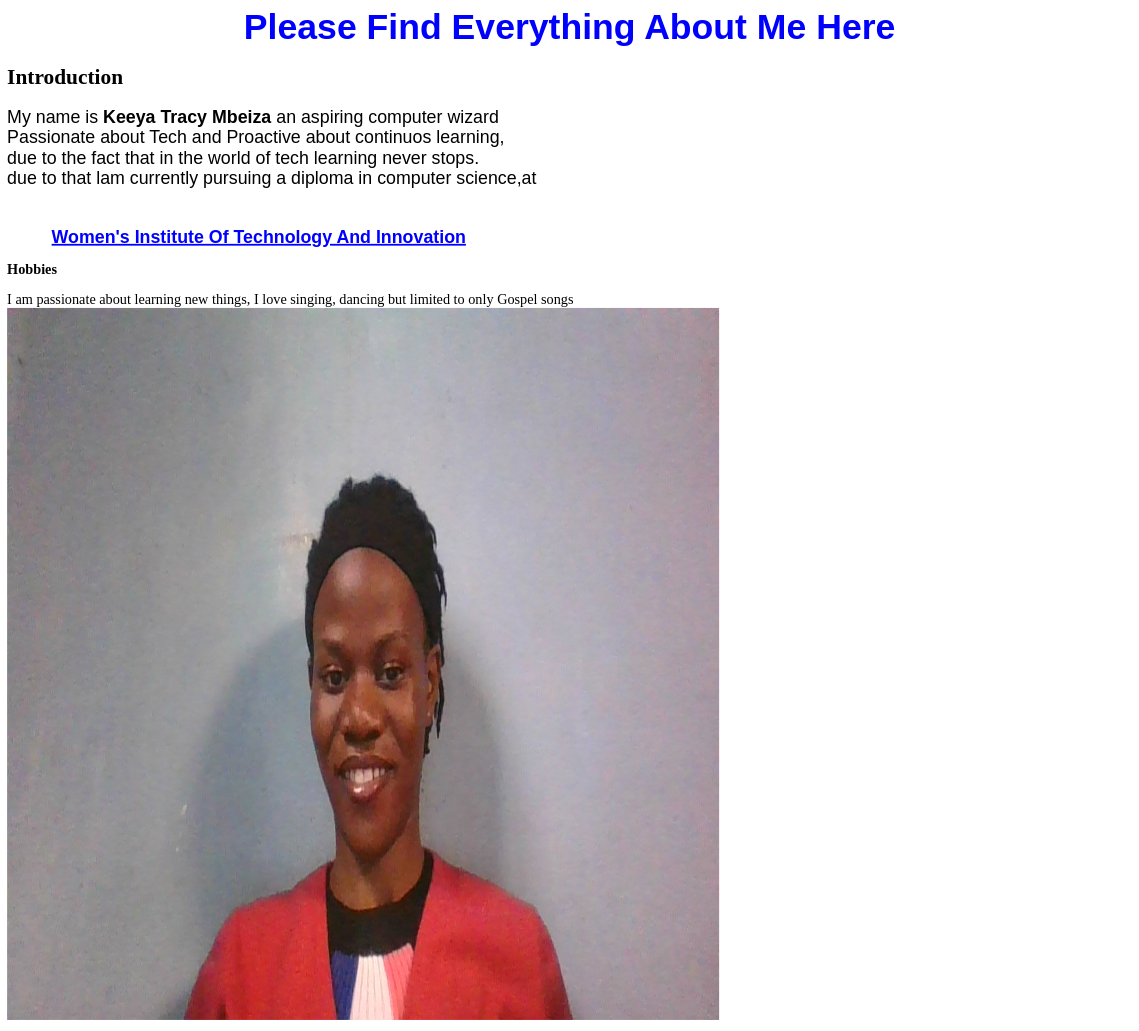
Repository: tracykeeya/my_first_web
Page: index.html
These files come from the project's save history. The page is drawn as it stood at one moment and after the next save; the edit follows.
The browser window is 1280 px wide. The pictures show the whole page, at 89% of full size.

Above is the page before, as saved 2025-11-03 11:00:19.

After the next save:
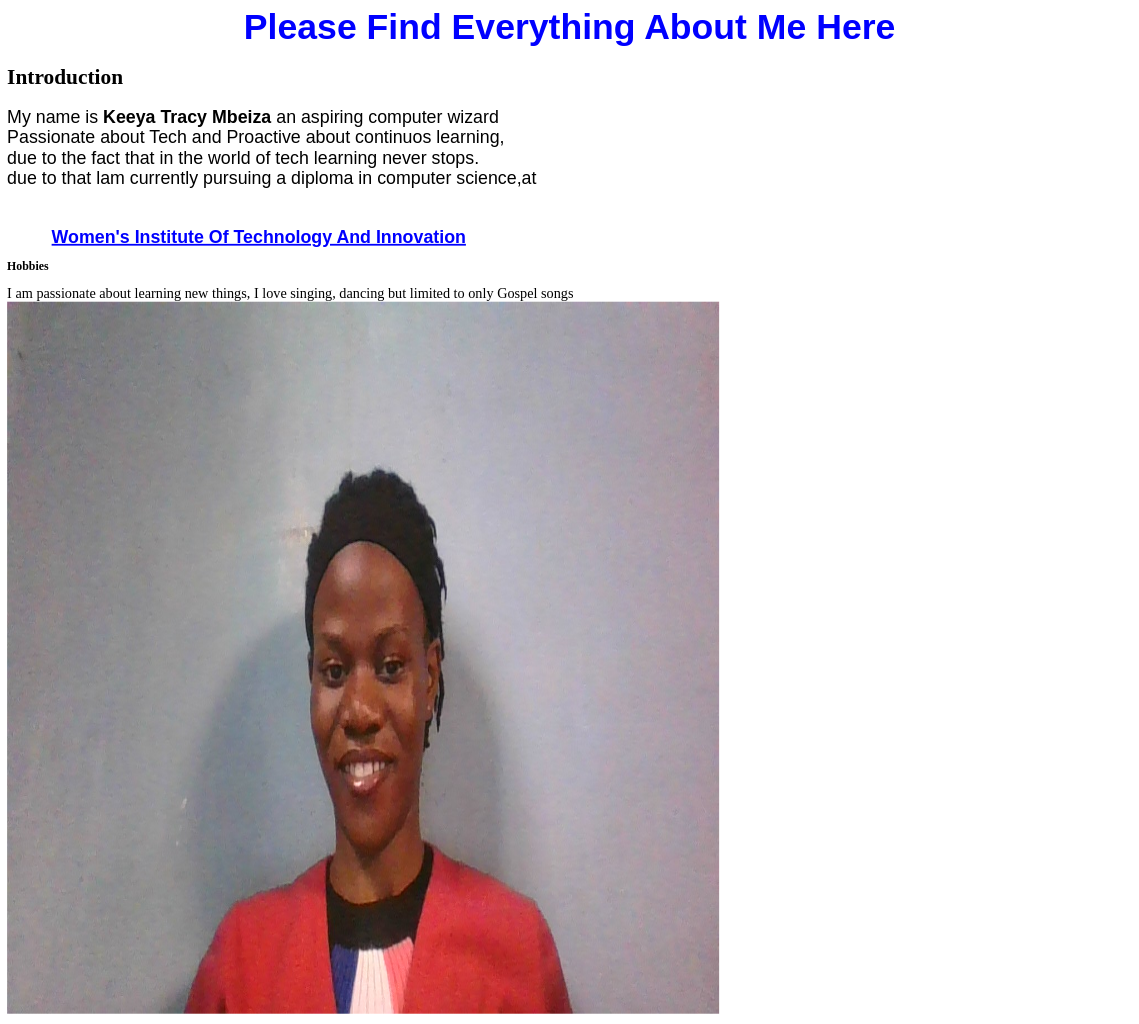
Saved 7 s later.
--- a/index.html
+++ b/index.html
@@ -13,7 +13,7 @@
         </br></p>
     <a href="https://www.witi.ac.ug/" style="position: relative; left: 50px; color: rgb(0, 0, 255); font-size: 20px; font-family: Arial, Helvetica, sans-serif"><b> Women's Institute Of Technology And Innovation</b></a>
 
-    <p style="font-size: ;"><b>Hobbies</b></p>
+    <p style="font-size: smaller;"><b>Hobbies</b></p>
     I am passionate about learning new things,
     I love singing, dancing but limited to only Gospel songs
 

After the 2 saves that followed:
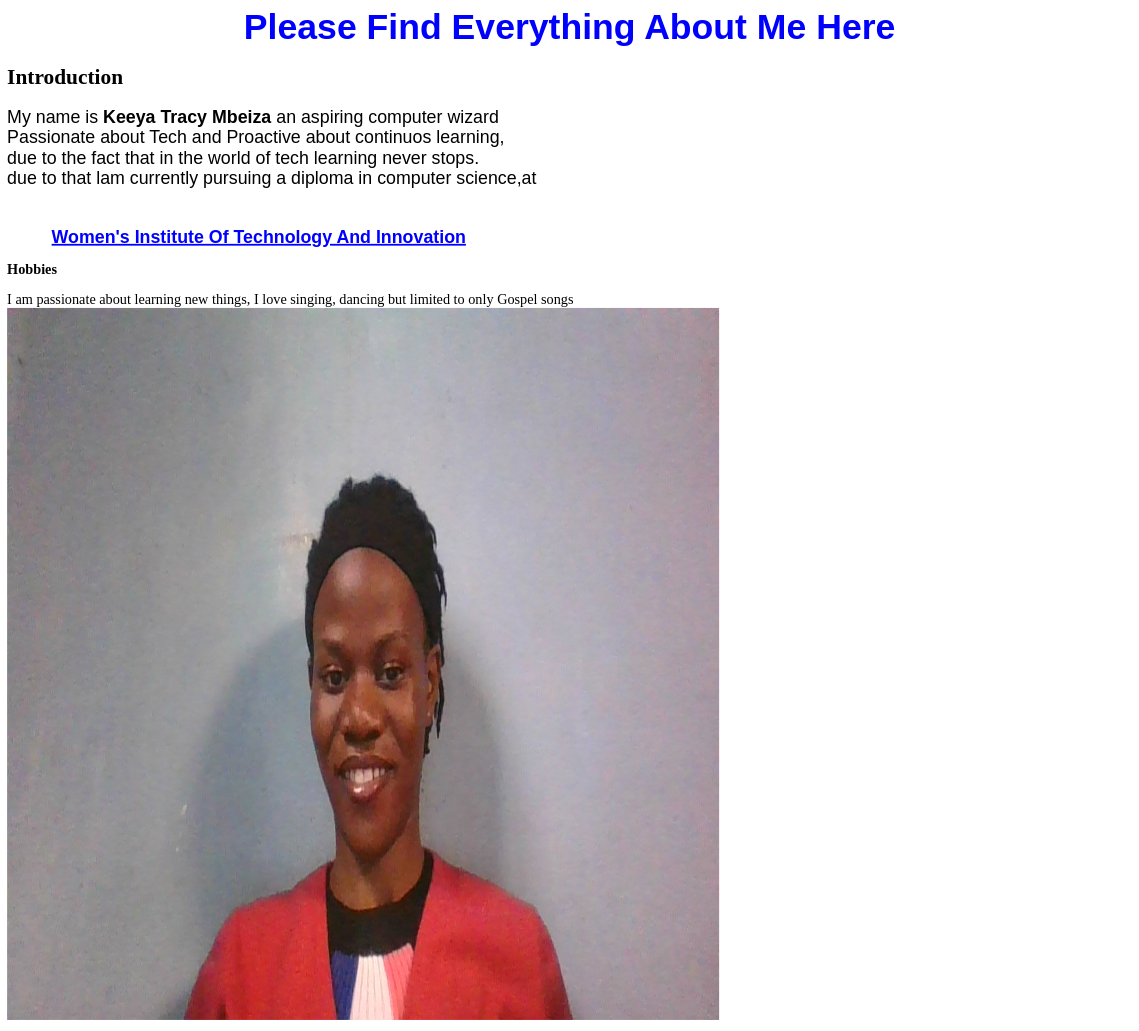
The 2 saves are shown as one change because they came seconds apart.
The last was saved 23 s later.
--- a/index.html
+++ b/index.html
@@ -13,7 +13,7 @@
         </br></p>
     <a href="https://www.witi.ac.ug/" style="position: relative; left: 50px; color: rgb(0, 0, 255); font-size: 20px; font-family: Arial, Helvetica, sans-serif"><b> Women's Institute Of Technology And Innovation</b></a>
 
-    <p style="font-size: smaller;"><b>Hobbies</b></p>
+    <p><b>Hobbies</b></p>
     I am passionate about learning new things,
     I love singing, dancing but limited to only Gospel songs
 
